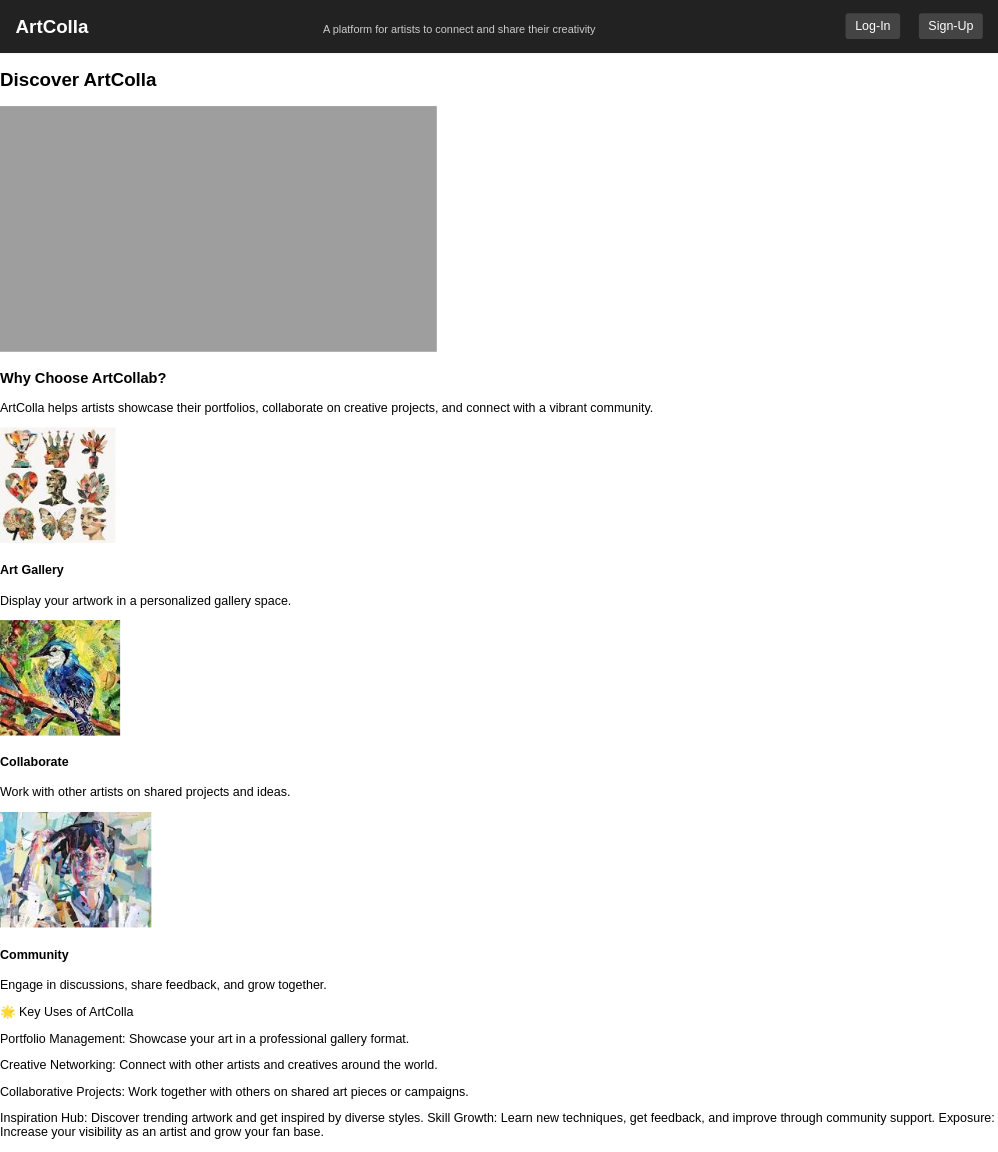
Repository: jeevanReddyP/ArtCollab_App
Page: index.html
These files come from the project's save history. The page is drawn as it stood at one moment and after a run of saves; the edit follows.
The browser window is 1280 px wide. The pictures show the whole page, at 78% of full size.
Pictures or frames that could not be fetched are drawn as grey boxes.

Above is the page before, as saved 2025-06-11 16:36:37.

After the next 5 saves:
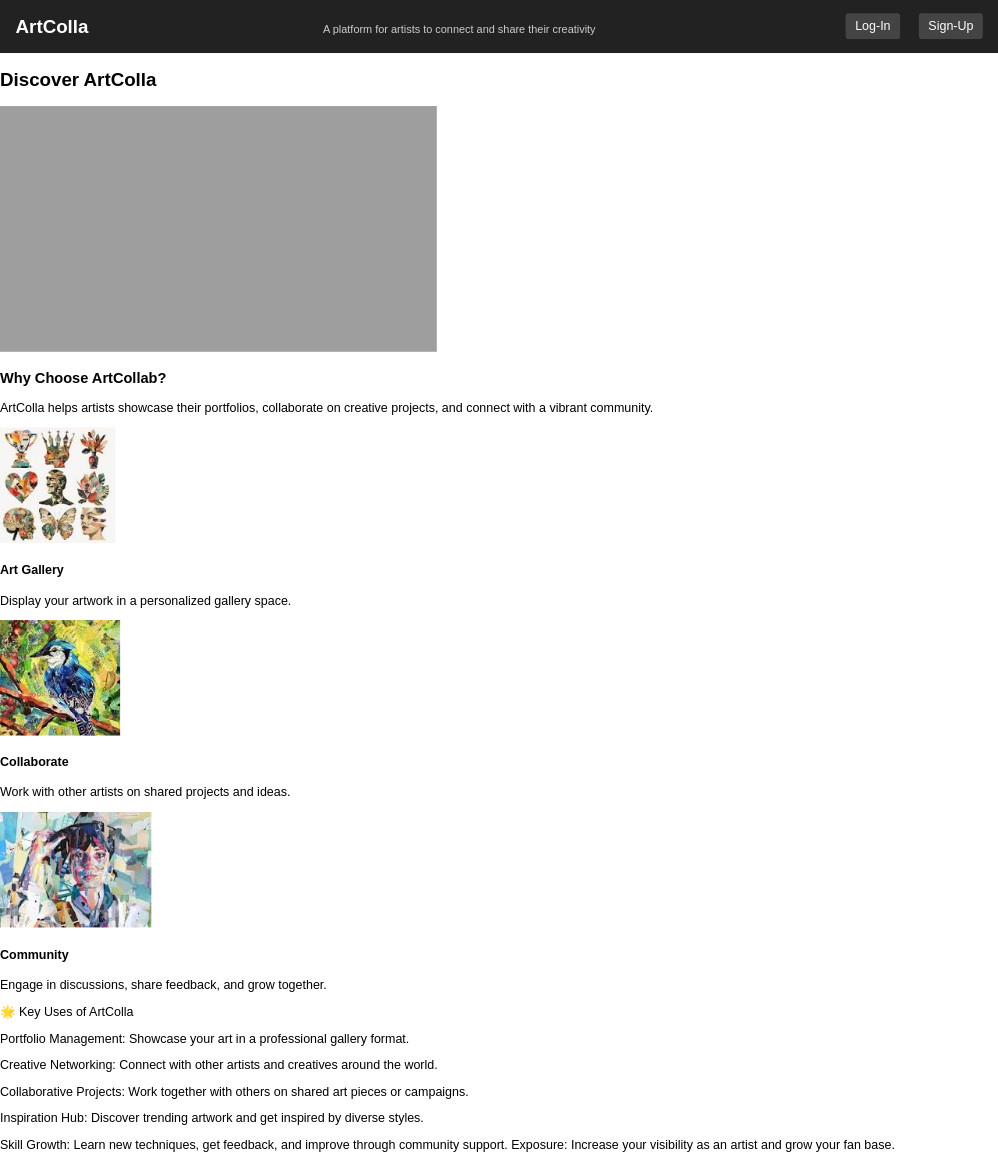
The 5 saves are shown as one change because they came seconds apart.
The last was saved 8 s later.
--- a/index.html
+++ b/index.html
@@ -58,8 +58,7 @@
 <p>Creative Networking: Connect with other artists and creatives around the world.</p>
 
 <p>Collaborative Projects: Work together with others on shared art pieces or campaigns.</p>
-Inspiration Hub: Discover trending artwork and get inspired by diverse styles.
-
+<p>Inspiration Hub: Discover trending artwork and get inspired by diverse styles.</p>
 Skill Growth: Learn new techniques, get feedback, and improve through community support.
 
 Exposure: Increase your visibility as an artist and grow your fan base.
